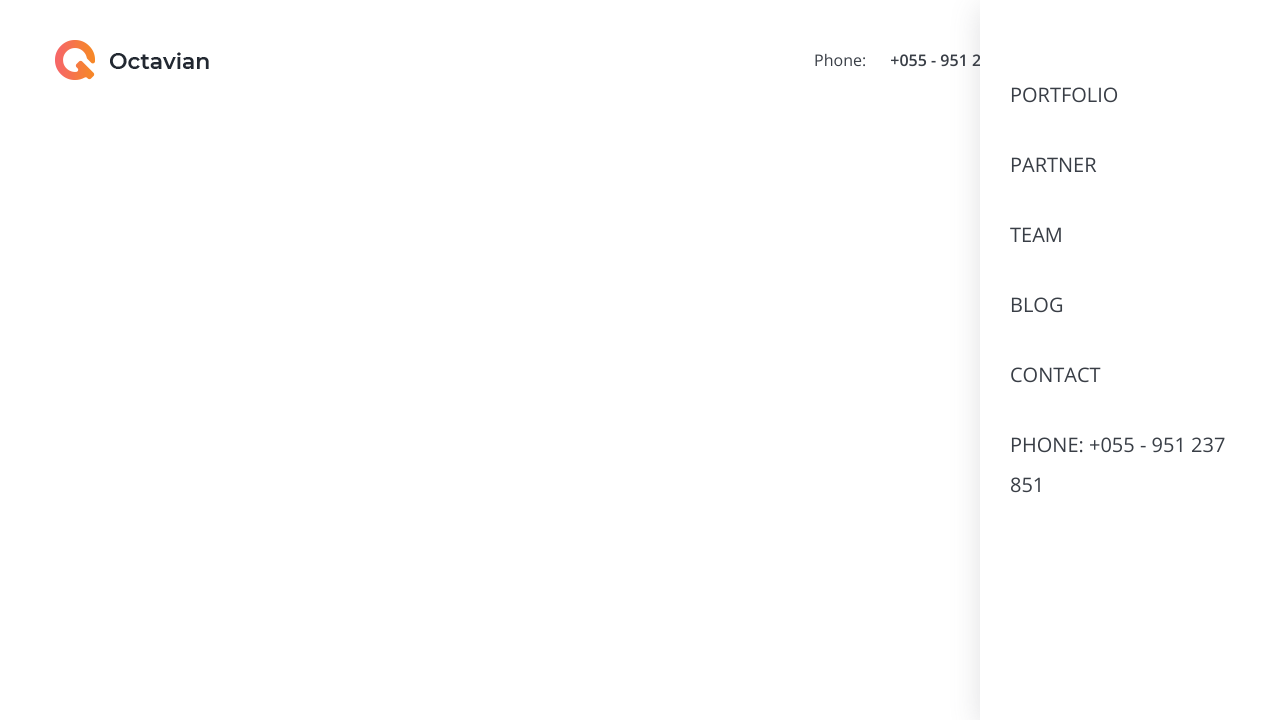
Repository: huydev0401/octavian-1
Page: index.html
The author's editor kept a copy of each file at every save. The page is drawn from the files as they stood at one save, then again after the next save.
The browser window is 1280 px wide. The pictures show the whole page.
The style sheet was rebuilt from its Sass, Less or Tailwind sources for each picture, by a compiler version that may differ from the author's.

Above is the page before, as saved 2021-09-06 13:59:49.

### index.html
<!DOCTYPE html>
<html lang="en">
  <head>
    <meta charset="UTF-8" />
    <meta http-equiv="X-UA-Compatible" content="IE=edge" />
    <meta name="viewport" content="width=device-width, initial-scale=1.0" />
    <title>Octavian 1</title>
    <link rel="preconnect" href="https://fonts.googleapis.com">
    <link rel="preconnect" href="https://fonts.gstatic.com" crossorigin>
    <link
        href="https://fonts.googleapis.com/css2?family=Open+Sans:ital,wght@0,300;0,400;0,600;1,700&family=Raleway:wght@400;600;700;800&display=swap"
        rel="stylesheet">
    <script type="module" src="https://unpkg.com/ionicons@5.5.2/dist/ionicons/ionicons.esm.js"></script>
    <script nomodule src="https://unpkg.com/ionicons@5.5.2/dist/ionicons/ionicons.js"></script>
    <link rel="stylesheet" href="./css/app.css">
  </head>
  <body>
    <div class="wrapper">
        <div class="menu">
            <ul class="menu-list">
              <li class="menu-item">
                <a href="#" class="menu-link">portfolio</a>
              </li>
              <li class="menu-item">
                <a href="#" class="menu-link">partner</a>
              </li>
              <li class="menu-item">
                <a href="#" class="menu-link">team</a>
              </li>
              <li class="menu-item">
                <a href="#" class="menu-link">blog</a>
              </li>
              <li class="menu-item">
                <a href="#" class="menu-link">contact</a>
              </li>
              <li class="menu-item">
                <a  class="menu-link" href="tel: +055 - 951 237 851">Phone: +055 - 951 237 851</a>
              </li>
            </ul>
        </div>
        <header class="header">
            <div class="container">
                <div class="header-main">
                    <a href="index.html" class="header-logo">
                        <img src="./images/logo.png" alt="">
                    </a>
                    <div class="navigation">
                        <span class="header-phone">
                            Phone: <a href="tel: +055 - 951 237 851">+055 - 951 237 851</a>
                        </span>
                        <img src="./images/icon-search.png" alt="" class="icon-search">
                        <img src="./images/icon-bars.png" alt="" class="menu-toogle">
                    </div>
                </div>
            </div>
        </header>
        <main class="main">
            <section class="hero">
                <img src="./images/img1.png" alt="" class="hero-image">
                <div class="hero-content">
                    <h2 class="hero-caption">
                        creative & digital
                    </h2>
                    <h1 class="hero-heading">
                        Agency
                    </h1>
                    <a href="#" class="hero-link">Purchase Now</a>
                </div>
            </section>
            <section class="portfolio">
                <div class="container">
                   <div class="portfolio-list">
                        <div class="portfolio-column">
                            <div class="portfolio-item">
                                <a href="#" class="portfolio-image">
                                    <img src="./images/img2.png" alt="">
                                </a>
                                <h3>
                                    <a class="portfolio-title title" href="#">Campaign of exhibition of architectural field</a>
                                </h3>
                                <span>
                                    <a href="#" class="portfolio-category text--small">Photography</a>
                                </span>
                            </div>
                            <div class="portfolio-item">
                                <a href="#" class="portfolio-image">
                                    <img src="./images/img3.png" alt="">
                                </a>
                                <h3>
                                    <a class="portfolio-title title" href="#">New minimal product campaign</a>
                                </h3>
                                <span>
                                    <a href="#" class="portfolio-category text--small">Brand</a>
                                </span>
                            </div>
                            <div class="portfolio-item">
                                <a href="#" class="portfolio-image">
                                    <img src="./images/img4.png" alt="">
                                </a>
                                <h3>
                                    <a class="portfolio-title title" href="#">Product photography and promotion</a>
                                </h3>
                                <span>
                                    <a href="#" class="portfolio-category text--small">Brand</a>
                                </span>
                            </div>
                        </div>
                        <div class="portfolio-column">
                            <div class="portfolio-item">
                                <a href="#" class="portfolio-image">
                                    <img src="./images/img5.png" alt="">
                                </a>
                                <h3>
                                    <a class="portfolio-title title" href="#">Incredible color capture in</a>
                                </h3>
                                <span>
                                    <a href="#" class="portfolio-category text--small">Photography</a>
                                </span>
                            </div>
                            <div class="portfolio-item">
                                <a href="#" class="portfolio-image">
                                    <img src="./images/img6.png" alt="">
                                </a>
                                <h3>
                                    <a class="portfolio-title title" href="#">Building promotion poster in the city</a>
                                </h3>
                                <span>
                                    <a href="#" class="portfolio-category text--small">Design</a>
                                </span>
                            </div>
                            <div class="portfolio-item">
                                <a href="#" class="portfolio-image">
                                    <img src="./images/img7.png" alt="">
                                </a>
                                <h3>
                                    <a class="portfolio-title title" href="#">Orange and red structure exhibition</a>
                                </h3>
                                <span>
                                    <a href="#" class="portfolio-category text--small">Design</a>
                                </span>
                            </div>
                            <div class="portfolio-item">
                                <a href="#" class="portfolio-image">
                                    <img src="./images/img8.png" alt="">
                                </a>
                                <h3>
                                    <a class="portfolio-title title" href="#">Amazing building mockup design</a>
                                </h3>
                                <span>
                                    <a href="#" class="portfolio-category text--small">Design</a>
                                </span>
                            </div>
                        </div>
                        <div class="portfolio-column">
                            <div class="portfolio-item">
                                <a href="#" class="portfolio-image">
                                    <img src="./images/img9.png" alt="">
                                </a>
                                <h3>
                                    <a class="portfolio-title title" href="#">Advertising campaign mold</a>
                                </h3>
                                <span>
                                    <a href="#" class="portfolio-category text--small">Design</a>
                                </span>
                            </div>
                            <div class="portfolio-item">
                                <a href="#" class="portfolio-image">
                                    <img src="./images/img10.png" alt="">
                                </a>
                                <h3>
                                    <a class="portfolio-title title" href="#">Mockup for hot drinks or free cola</a>
                                </h3>
                                <span>
                                    <a href="#" class="portfolio-category text--small">Mockup</a>
                                </span>
                            </div>
                            <div class="portfolio-item">
                                <a href="#" class="portfolio-image">
                                    <img src="./images/img11.png" alt="">
                                </a>
                                <h3>
                                    <a class="portfolio-title title" href="#">Laptop mockup in PSD format</a>
                                </h3>
                                <span>
                                    <a href="#" class="portfolio-category text--small">Mockup</a>
                                </span>
                            </div>
                        </div>
                   </div>
                   <a href="#" class="btn btn--primary portfolio-link">Get Started</a>
                </div>
            </section>
            <section class="partner">
                <div class="container">
                    <div class="partner-list">
                        <a href="#" class="partner-item">
                            <img src="./images/logo1.png" alt="">
                        </a>
                        <a href="#" class="partner-item">
                            <img src="./images/logo2.png" alt="">
                        </a>
                        <a href="#" class="partner-item">
                            <img src="./images/logo3.png" alt="">
                        </a>
                        <a href="#" class="partner-item">
                            <img src="./images/logo4.png" alt="">
                        </a>
                        <a href="#" class="partner-item">
                            <img src="./images/logo5.png" alt="">
                        </a>
                        <a href="#" class="partner-item">
                            <img src="./images/logo6.png" alt="">
                        </a>
                        <a href="#" class="partner-item">
                            <img src="./images/logo7.png" alt="">
                        </a>
                        <a href="#" class="partner-item">
                            <img src="./images/logo8.png" alt="">
                        </a>
                    </div>
                </div>
            </section>
            <section class="team">
                <div class="container">
                   <div class="team-main">
                        <div class="team-content">
                            <h2 class="team-heading heading">
                                Our team will be Happy to help you
                            </h2>
                            <p class="team-desc text">
                                Lorem ipsum dolor sit amet consectetur adipisicing elit. Mollitia sapiente perferendis architecto repudiandae
                            </p>
                            <a href="#" class="btn btn--primary team-link">Get Started</a>
                        </div>
                        <div class="team-images">
                            <div class="team-column">
                                <a href="#" class="team-image">
                                    <img src="./images/team1.png" alt="">
                                </a>
                                <a href="#" class="team-image">
                                    <img src="./images/team2.png" alt="" class="team-image2">
                                </a>
                            </div>
                            <div class="team-column">
                                <a href="#" class="team-image">
                                    <img src="./images/team3.png" alt="">
                                </a>
                            </div>
                        </div>
                   </div>
                </div>
            </section>
            <section class="blog">
                <div class="container">
                    <div class="blog-header">
                        <h2 class="blog-heading heading">
                            Take a look at our services
                        </h2>
                        <p class="blog-desc text">
                            Lorem ipsum dolor, sit amet consectetur adipisicing elit. Pariatur neque rerum id in illo sunt ex
                        </p>
                    </div>
                    <div class="blog-content">
                        <div class="blog-item">
                            <a href="#" class="blog-image">
                                <img src="./images/blog1.png" alt="">
                            </a>
                            <h3>
                                <a href="#" class="blog-title title">
                                    Illustration development basics for beginners
                                </a>
                            </h3>
                            <a href="#" class="blog-category text--small">Design</a>
                        </div>
                        <div class="blog-item">
                            <a href="#" class="blog-image">
                                <img src="./images/blog2.png" alt="">
                            </a>
                            <h3>
                                <a href="#" class="blog-title title">
                                    Our best music list to listen to on spotify
                                </a>
                            </h3>
                            <a href="#" class="blog-category text--small">Music</a>
                        </div>
                        <div class="blog-item">
                            <a href="#" class="blog-image">
                                <img src="./images/blog3.png" alt="">
                            </a>
                            <h3>
                                <a href="#" class="blog-title title">
                                    Gallery design and composition process
                                </a>
                            </h3>
                            <a href="#" class="blog-category text--small">Courses</a>
                        </div>
                    </div>
                </div>
            </section>
            <section class="contact">
                <div class="container">
                    <div class="contact-container">
                        <div class="contact-header">
                            <h2 class="contact-heading heading">
                                Contact us to <span>Grow your Business</span>
                            </h2>
                            <p class="contact-desc text">
                                Lorem ipsum dolor, sit amet consectetur adipisicing elit. Pariatur neque rerum id in illo sunt ex
                            </p>
                        </div>
                        <form class="contact-form">
                            <input type="text" class="contact-input contact-filed" placeholder="Antho_" required>
                            <input type="email" class="contact-input contact-filed" placeholder="E.g., a.octavian@gmail.com" required>
                            <textarea class="contact-area contact-filed" placeholder="Your message" required minlength="50"></textarea>
                            <button type="submit" class="btn btn--secondary">Send Message</button>
                        </form>
                    </div>
                </div>
            </section>
        </main>
        <footer class="footer">
            <div class="footer-top">
                <div class="container">
                    <div class="footer-main">
                        <div class="footer-column">
                            <a href="index.html" class="footer-logo">
                                <img src="./images/logo-footer.png" alt="">
                            </a>
                            <p class="footer-desc">
                                Lorem ipsum dolor sit amet consectetur adipisicing elit. A debitis veniam dolorum magnam ipsum nisi blanditiis delectus quidem ullam
                            </p>
                            <div class="social">
                                <a href="#" class="social-link">
                                    <ion-icon name="logo-facebook"></ion-icon>
                                </a>
                                <a href="#" class="social-link">
                                    <ion-icon name="logo-twitter"></ion-icon>
                                </a>
                                <a href="#" class="social-link">
                                    <ion-icon name="logo-instagram"></ion-icon>
                                </a>
                                <a href="#" class="social-link">
                                    <ion-icon name="logo-dribbble"></ion-icon>
                                </a>
                            </div>
                        </div>
                        <div class="footer-column">
                            <h3 class="footer-heading">Usefull Links</h3>
                            <ul class="footer-links">
                                <li class="footer-item">
                                    <a href="#" class="footer-link">About Us</a>
                                </li>
                                <li class="footer-item">
                                    <a href="#" class="footer-link">Contact Us</a>
                                </li>
                                <li class="footer-item">
                                    <a href="#" class="footer-link">Team of Services</a>
                                </li>
                                <li class="footer-item">
                                    <a href="#" class="footer-link">Plan & Pricing</a>
                                </li>
                                <li class="footer-item">
                                    <a href="#" class="footer-link">Site Map</a>
                                </li>
                            </ul>
                        </div>
                        <div class="footer-column">
                            <h3 class="footer-heading">Contact Us</h3>
                            <ul class="footer-info">
                                <li>
                                    Phone Number: <a href="tel: ( + 051 ) 958 23 78 51">( + 051 ) 958 23 78 51</a>
                                </li>
                                <li>
                                    Phone Number2:
                                    <span class="footer-highlight">
                                        <a href="tel: ( + 051 ) 958 23 78 51">( + 051 ) 958 23 78 51</a>
                                    </span>
                                </li>
                            </ul>
                            <ul class="footer-info">
                                <li>
                                    Email: <a href="mailto: support@ocatavian.io">support@ocatavian.io</a>
                                </li>
                                <li>
                                    Fax: <a href="fax: support@ocatavian.io">support@ocatavian.io</a>
                                </li>
                            </ul>
                            <ul class="footer-info">
                                <li>Address: Envato Pty Ltd 13/2 Permanent ST melbourne VLC 3000 - Australia</li>
                            </ul>
                        </div>
                    </div>
                </div>
            </div>
            <div class="footer-bottom">
                <div class="container footer-container">
                    <a href="#" class="footer-rocket">
                        <ion-icon name="rocket-outline"></ion-icon>
                    </a>
                    <p class="footer-text">Copyright © 2020 Octavian, Designed by <a href="#">TexTheme</a> All Rights Reserved</p>
                </div>
            </div>
        </footer>
    </div>
  </body>
</html>

### scss/_function.scss
@use 'sass:math';
@function lineH($s, $h) {
  @return math.div($s, $h);
} ;

### scss/_menu.scss
.menu {
  position: fixed;
  top: 0;
  bottom: 0;
  right: 0;
  background-color: #fff;
  box-shadow: rgba(100, 100, 111, 0.2) 0px 7px 29px 0px;
  height: 100%;
  width: 300px;
  &-list {
    padding: 70px 30px;
  }
  &-item {
    margin-bottom: 20px;
  }
  &-link {
    display: block;
    padding: 5px 0;
    text-transform: uppercase;
    font-size: 20px;
    line-height: lineH(40, 20);
    color: $gray;
  }
}

Loaded but not shown: scss/_reset.scss (common file); scss/_base.scss (114 lines, source omitted); scss/_footer.scss (90 lines, source omitted); scss/_contact.scss (49 lines, source omitted); scss/_header.scss (41 lines, source omitted); scss/_hero.scss (31 lines, source omitted); scss/_team.scss (24 lines, source omitted); scss/_portfolio.scss (20 lines, source omitted); scss/_partner.scss (18 lines, source omitted); scss/app.scss (14 lines, source omitted); scss/_variables.scss (9 lines, source omitted); scss/_blog.scss (13 lines, source omitted); scss/_mixin.scss (11 lines, source omitted)

After the next save:
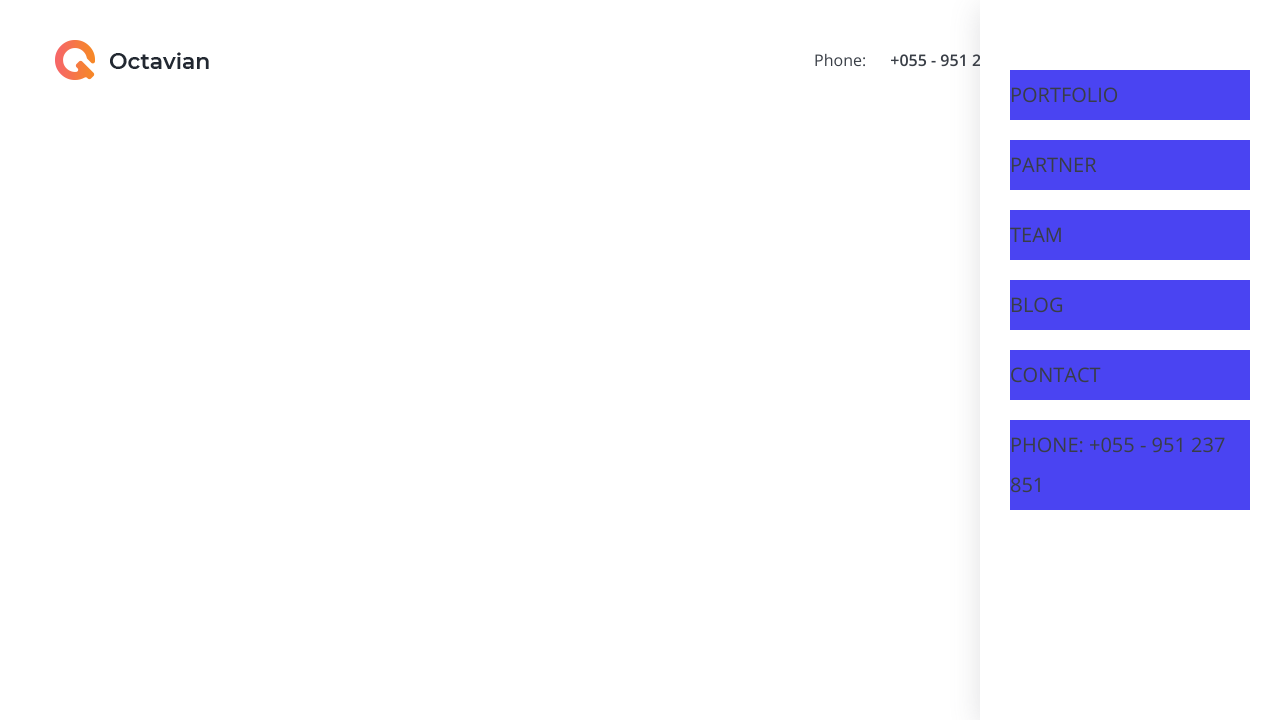
Saved 53 s later.
--- a/scss/_menu.scss
+++ b/scss/_menu.scss
@@ -20,5 +20,6 @@
     font-size: 20px;
     line-height: lineH(40, 20);
     color: $gray;
+    background-color: $blue-color;
   }
 }

After the save that followed:
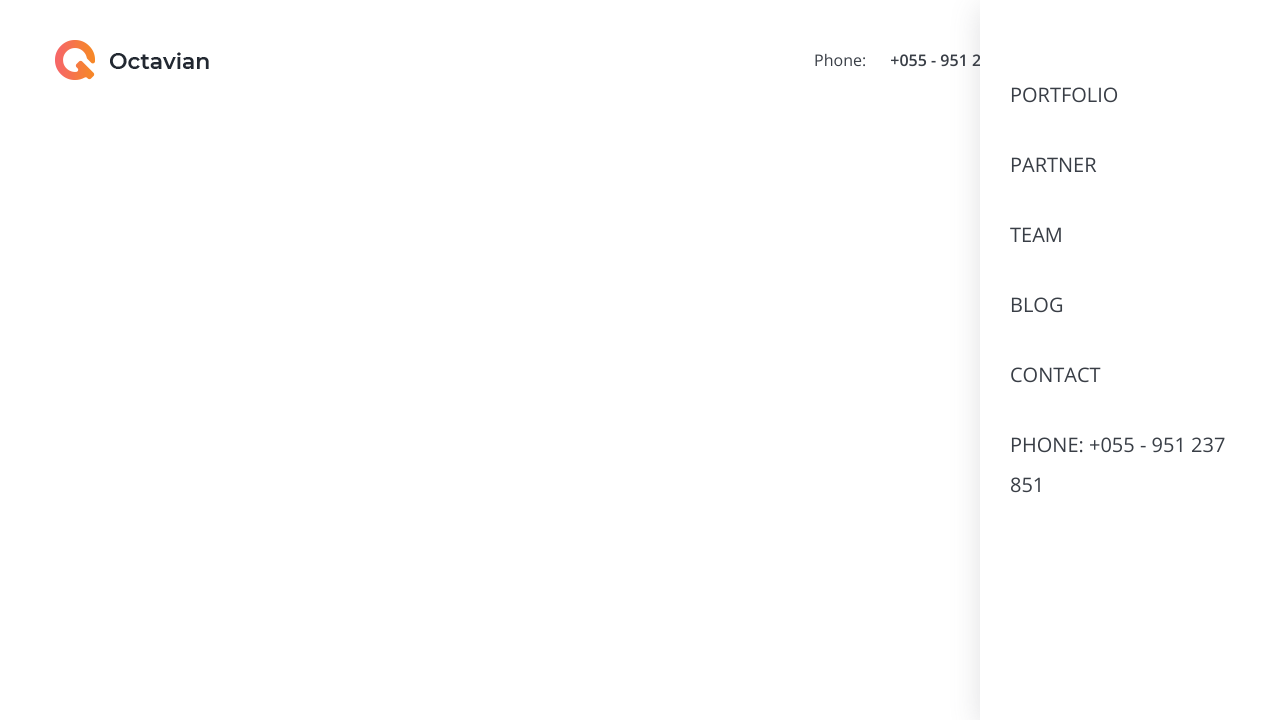
Saved 12 s later.
--- a/scss/_menu.scss
+++ b/scss/_menu.scss
@@ -20,6 +20,6 @@
     font-size: 20px;
     line-height: lineH(40, 20);
     color: $gray;
-    background-color: $blue-color;
+    border-radius: 4px;
   }
 }
